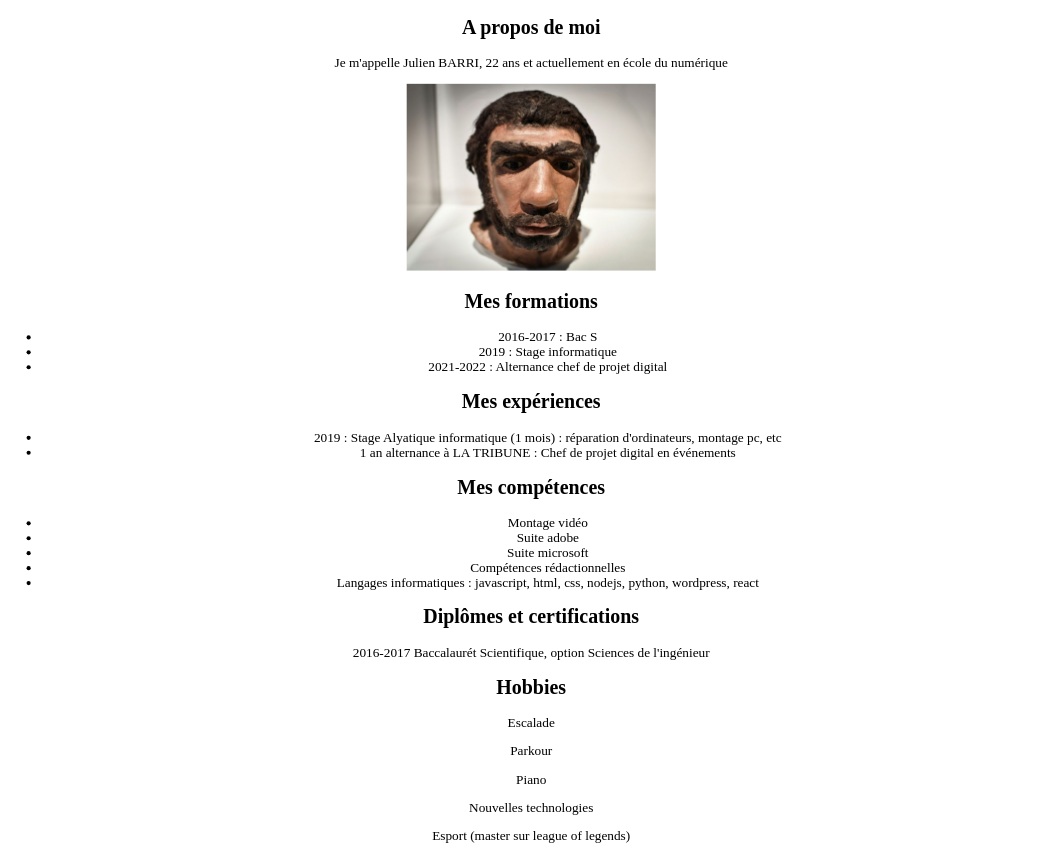
Repository: barridev/cours_devops.github.io
Page: index.html
The author's editor kept a copy of each file at every save. The page is drawn from the files as they stood at one save, then again after the next save.
The browser window is 1280 px wide. The pictures show the whole page, at 83% of full size.

Above is the page before, as saved 2022-06-13 15:35:07.

After the next save:
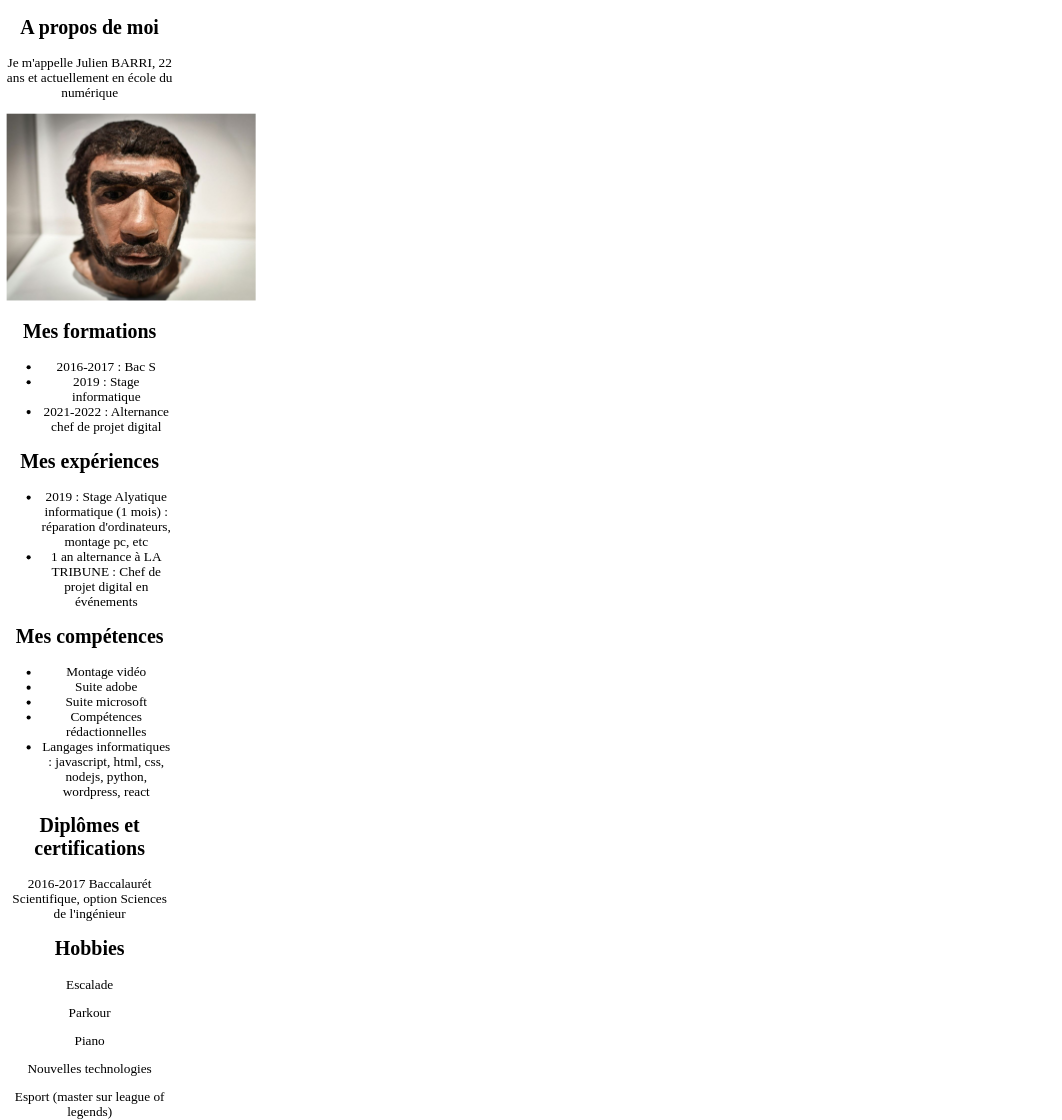
Saved 7 s later.
--- a/style.css
+++ b/style.css
@@ -3,5 +3,7 @@
 }
 
 .div_global {
+    width: 200px;
+    height: 200px;
 
 }
